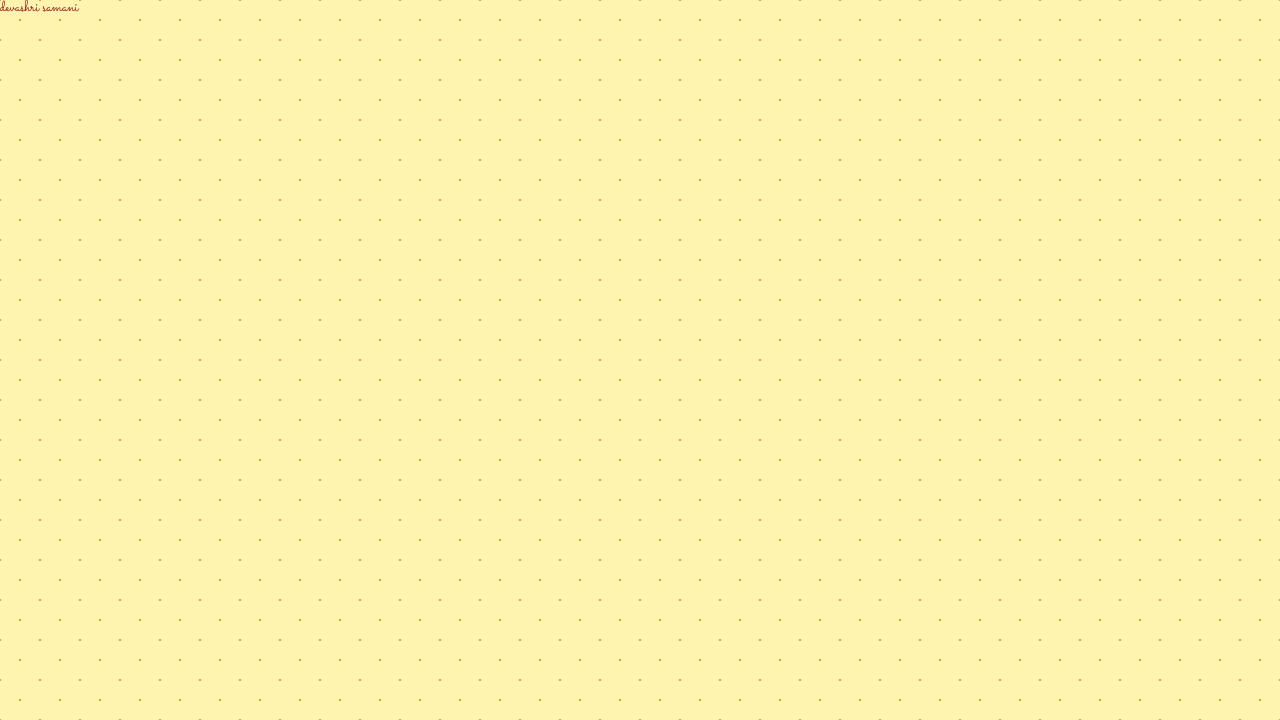
Repository: devashrisamani/devashrisamani.github.io
Page: index.html
The author's editor kept a copy of each file at every save. The page is drawn from the files as they stood at one save, then again after the next save.
The browser window is 1280 px wide. The pictures show the whole page.

Above is the page before, as saved 2025-09-21 23:27:28.

After the next save:
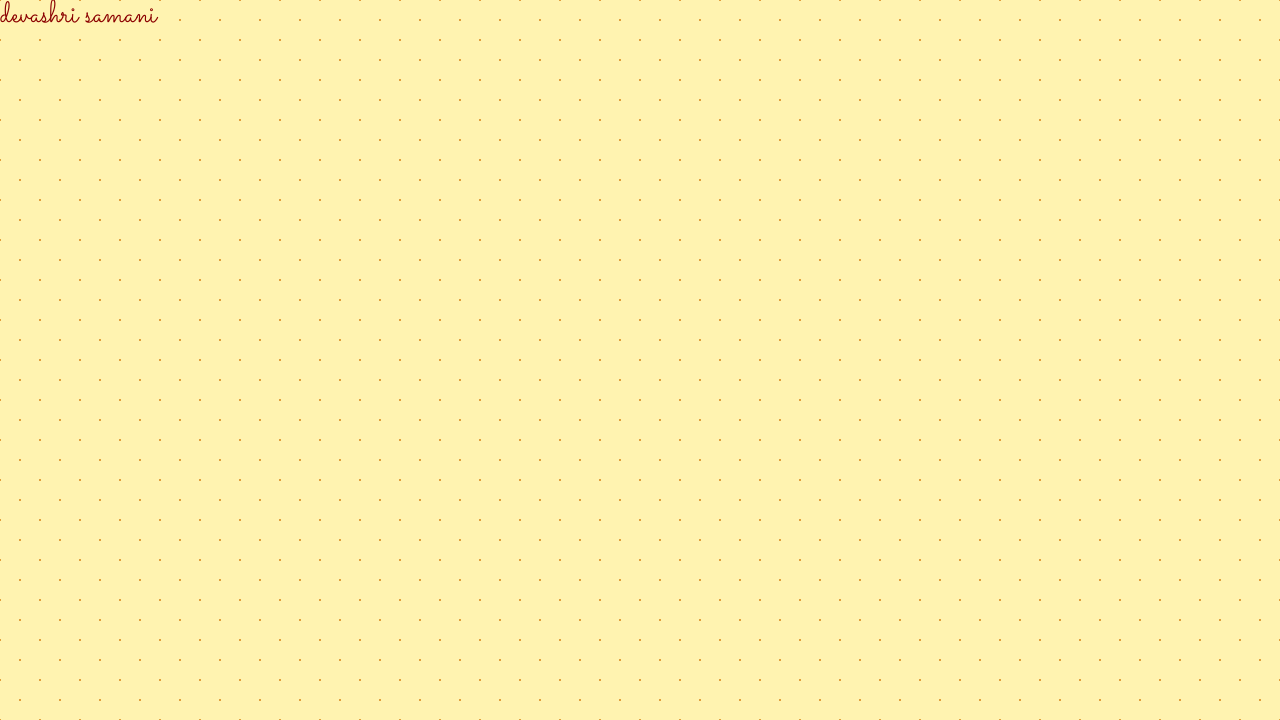
Saved 37 h 12 min later.
--- a/css/base.css
+++ b/css/base.css
@@ -23,14 +23,17 @@
 }
 
 h1 {
+  font-size: 2.5rem;
 }
 
 h2 {
   font-family: var(--font-sacramento);
   color: darkred;
+  font-size: 2rem;
 }
 
 h3 {
+  font-size: 1.5rem;
 }
 
 h4 {
